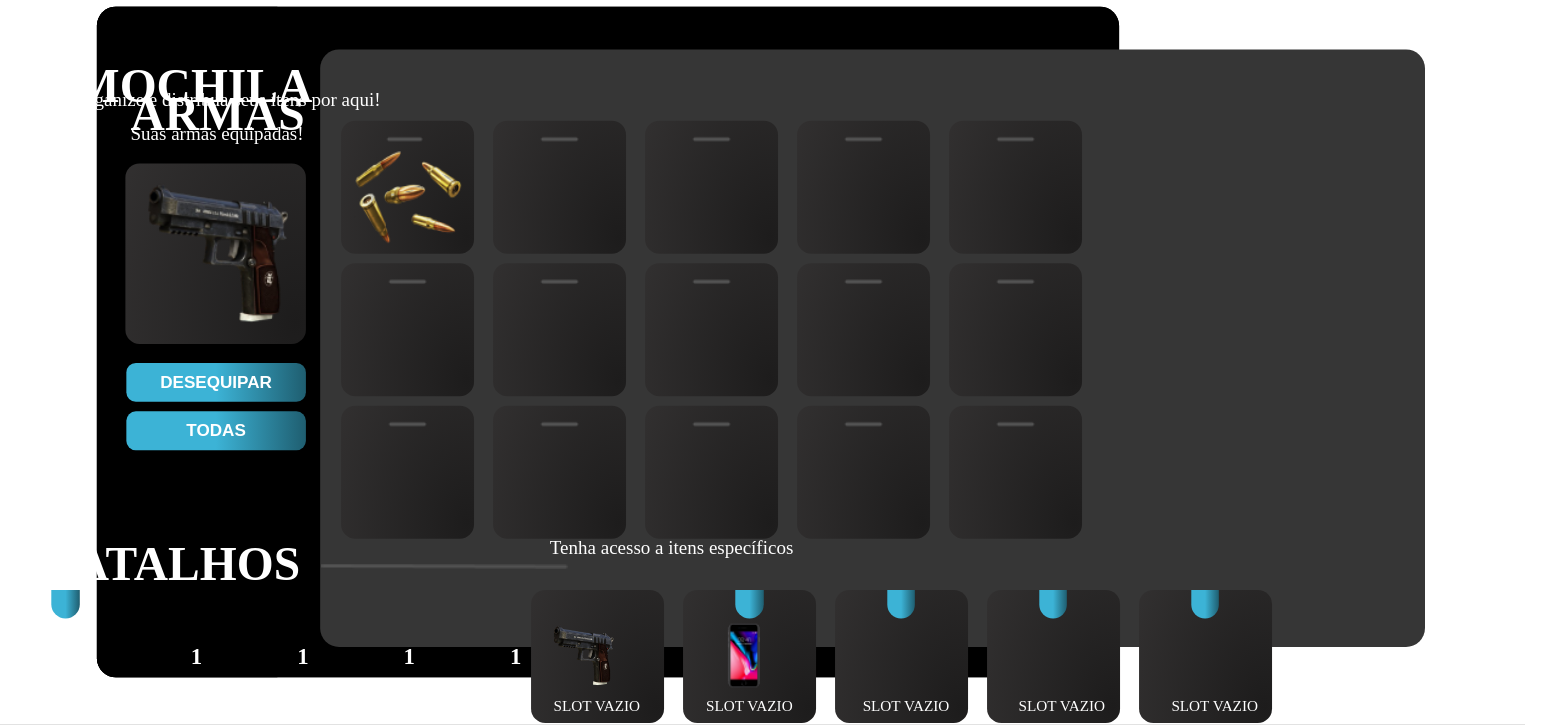
Repository: DuMCorrea/Mochila
Page: index.html
An editor plug-in stored every save of this project. The page is shown before and after the next save, followed by the edit.
The browser window is 1280 px wide. The page is 1642 px wide, then 1280 px, so the pictures cover 1642 px, including what lies to the right of the window. The pictures show the whole page, at 95% of full size.
Some web fonts or font styles are not loaded; a fallback is used.

Above is the page before, as saved 2024-09-03 11:33:04.

### index.html
<!DOCTYPE html>
<html lang="pt-BR">
<head>
    <meta charset="UTF-8">
    <meta name="viewport" content="width=device-width, initial-scale=1.0">
    <link href="https://fonts.googleapis.com/css2?family=Baloo+Bhai+2&display=swap" rel="stylesheet">
    <title>Modelo de Tela</title>
    <link rel="stylesheet" href="styles.css">
</head>
<body>
    <div class="container">
        <div class="background-rectangle">
            <div class="left-div">
                <div class="content-left">
                    <h1>ARMAS</h1>
                    <p>Suas armas equipadas!</p>
                    <div class="image-container">
                        <img src="assets/ARMA.png" alt="Imagem" />
                    </div>
                    <button class="desequipar-btn">DESEQUIPAR</button>
                    <button class="todas">TODAS</button>
                </div>
            </div>
            <div class="right-div">
                <div class="content-right">
                    <h1>MOCHILA</h1>
                    <p>Organize e distribua seus itens por aqui!</p>
                    <div class="squares-container">
                        <div class="square">
                            <img src="assets/traco.png" alt="Imagem" class="square-image-unic">
                            <img src="assets/balas.png" alt="Imagem" class="shots-image">
                        </div>
                        <div class="square">
                            <img src="assets/traco.png" alt="Imagem" class="square-image">
                        </div>
                        <div class="square">
                            <img src="assets/traco.png" alt="Imagem" class="square-image">
                        </div>
                        <div class="square">
                            <img src="assets/traco.png" alt="Imagem" class="square-image">
                        </div>
                        <div class="square">
                            <img src="assets/traco.png" alt="Imagem" class="square-image">
                        </div>
                    </div>
                    <!-- Segunda linha de quadrados -->
                    <div class="squares-containerr">
                        <div class="square">
                            <img src="assets/traco.png" alt="Imagem" class="square-image">
                        </div>
                        <div class="square">
                            <img src="assets/traco.png" alt="Imagem" class="square-image">
                        </div>
                        <div class="square">
                            <img src="assets/traco.png" alt="Imagem" class="square-image">
                        </div>
                        <div class="square">
                            <img src="assets/traco.png" alt="Imagem" class="square-image">
                        </div>
                        <div class="square">
                            <img src="assets/traco.png" alt="Imagem" class="square-image">
                        </div>
                    </div>

                    <!-- Terceira linha de quadrados -->
                    <div class="squares-containerrr">
                        <div class="square">
                            <img src="assets/traco.png" alt="Imagem" class="square-image">
                        </div>
                        <div class="square">
                            <img src="assets/traco.png" alt="Imagem" class="square-image">
                        </div>
                        <div class="square">
                            <img src="assets/traco.png" alt="Imagem" class="square-image">
                        </div>
                        <div class="square">
                            <img src="assets/traco.png" alt="Imagem" class="square-image">
                        </div>
                        <div class="square">
                            <img src="assets/traco.png" alt="Imagem" class="square-image">
                        </div>
                        </div>
                        <div class="atalhos-title-container">
                            <h1 class="atalhos-title">
                                ATALHOS
                                <img src="assets/linhaGrande.png" alt="Descrição da Imagem" class="atalhos-image">
                                <p class="atalhos-paragraph">Tenha acesso a itens específicos</p>
                            </h1>
                        </div>
                        <div class="shortcuts-container">
                            <!-- Linha de números -->
                            <div class="numbers-line">
                                <span class="number">1</span>
                                <span class="number">1</span>
                                <span class="number">1</span>
                                <span class="number">1</span>
                                <span class="number">1</span>
                            </div>
                            <div class="square">
                                <div class="blue-squaree"></div>
                                <img src="assets/ARMA.png" class="arma-image">
                                <p style="font-size: 16px; position: relative; top: 60px; right: 35px; white-space: nowrap;" >SLOT VAZIO</p>
                            </div>
                            <div class="square">
                                <div class="blue-squareee"></div>
                                <img src="assets/celular.png" class="cell-image">
                                <p  style="font-size: 16px; position: relative; top: 60px; right: 40px; white-space: nowrap;" >SLOT VAZIO</p>
                            </div>
                            <div class="square">
                                <div class="blue-square"></div>
                                <p style="font-size: 16px; position: relative; top: 60px; left: 0px; white-space: nowrap;" >SLOT VAZIO</p>
                            </div>
                            <div class="square">
                                <div class="blue-square"></div>
                                <p style="font-size: 16px; position: relative; top: 60px; left: 4px; white-space: nowrap;" >SLOT VAZIO</p>
                            </div>
                            <div class="square">
                                <div class="blue-square"></div>
                                <p style="font-size: 16px; position: relative; top: 60px; left: 5px; white-space: nowrap;" >SLOT VAZIO</p>
                            </div>
                        </div>


                        </div>
                        </div>
                        </div>
                        </div>
                        </body>

                        </html>

### styles.css
body, html {
    margin: 0;
    padding: 0;
    width: 100%;
    height: 100%;
    display: flex;
    justify-content: center;
    align-items: center;
    background-color: white; /* Fundo preto para o body */
    font-family: 'Baloo Bhai 2', cursive; /* Aplicando a fonte Baloo Bhai */
}

.container {
    width: 84%; /* Largura da div principal */
    height: 98%; /* Altura da div principal */
    display: flex;
    justify-content: center;
    align-items: center;
    background-color: #000000; /* Fundo preto para a div principal */
    border-radius: 20px; /* Canto arredondado */
    font-family: 'Baloo Bhai 2', cursive; /* Aplicando a fonte Baloo Bhai */
}

.background-rectangle {
    width: 100%;
    height: 100%;
    background: #000000; /* Fundo preto para o retângulo principal */
    border-radius: 20px; /* Cantos arredondados */
    display: flex;
}

.left-div {
    width: 22%; /* 25% da largura da tela */
    height: 100%;
    background-color: #000000; /* Fundo preto para a div esquerda */
    display: flex;
    justify-content: center;
    align-items: center;
    border-radius: 20px 0 0 20px; /* Canto arredondado à esquerda */
    font-family: 'Baloo Bhai 2', cursive; /* Aplicando a fonte Baloo Bhai */
}

.right-div {
    width: calc(110% - 20px); /* 73% da largura da tela menos a margem */
    height: calc(92% - 20px); /* 95% da altura menos a margem */
    background-color: #363636; /* Fundo cinza para a div direita */
    display: flex;
    justify-content: center;
    align-items: center;
    margin: 45px; /* Margem em torno da div da direita */
    border-radius: 20px; /* Cantos arredondados */
    font-family: 'Baloo Bhai 2', cursive; /* Aplicando a fonte Baloo Bhai */
}


/* DIV DA ESQUERDA */

.content-left {
    text-align: justify; /* Justifica o texto */
    display: flex;
    flex-direction: column;
    justify-content: flex-start; /* Alinha os elementos ao topo da div */
    align-items: center; /* Centraliza horizontalmente */
    height: 100%; /* Ocupa toda a altura da div esquerda */
    padding-top: 100px; /* Adiciona um espaçamento do topo */
}

.left-div h1 {
    color: white; /* Cor branca para o título */
    font-size: 50px; /* Tamanho da fonte do título */
    margin-bottom: -20px; /* Espaçamento negativo para aproximar o parágrafo */
    font-weight: 900;
    width: 100%; /* Para garantir que a justificação funcione */
    text-align: justify; /* Justifica o texto do título */
    position: relative;
    left: 35px;
}

.left-div p {
    color: white; /* Cor branca para a frase */
    font-size: 20px; /* Tamanho da fonte da frase */
    margin-top: 0; /* Remove a margem superior do parágrafo */
    width: 100%; /* Para garantir que a justificação funcione */
    text-align: justify; /* Justifica o texto da frase */
    font-weight: 100;
    position: relative;
    left: 35px;
}

.image-container {
    width: 190px; /* Largura do quadrado */
    height: 190px; /* Altura do quadrado */
    background: radial-gradient(547.21% 823.76% at 94.51% 88.04%, #1D1C1C 0%, #837E7E 100%); /* Fundo com gradiente */
    border-radius: 15px; /* Borda arredondada */
    display: flex;
    justify-content: center;
    align-items: center;
    margin-top: 0px; /* Espaçamento acima da imagem */
    position: relative;
    left: 30px;
}

.image-container img {
    width: 85%; /* Ajusta o tamanho da imagem para caber no container */
    height: 85%; /* Ajusta o tamanho da imagem para caber no container */
    border-radius: 15px; /* Borda arredondada da imagem para combinar com o container */
}

.desequipar-btn {
    margin-top: 20px; /* Espaçamento acima do botão */
    padding: 10px 20px; /* Espaçamento interno do botão */
    background: linear-gradient(90deg, #3CB3D6 49.9%, #1F5E70 100%); /* Fundo com gradiente */
    color: white; /* Cor do texto */
    font-size: 18px; /* Tamanho da fonte */
    font-weight: bold; /* Negrito no texto */
    border: none; /* Remove a borda padrão do botão */
    border-radius: 10px; /* Bordas arredondadas */
    cursor: pointer; /* Cursor de ponteiro ao passar o mouse */
    text-align: center; /* Centraliza o texto no botão */
    width: 189px; /* Largura do botão */
    position: relative;
    left: 30px;
}

.todas {
    margin-top: 10px; /* Espaçamento acima do botão */
    padding: 10px 20px; /* Espaçamento interno do botão */
    background: linear-gradient(90deg, #3CB3D6 49.9%, #1F5E70 100%); /* Fundo com gradiente */
    color: white; /* Cor do texto */
    font-size: 18px; /* Tamanho da fonte */
    font-weight: bold; /* Negrito no texto */
    border: none; /* Remove a borda padrão do botão */
    border-radius: 10px; /* Bordas arredondadas */
    cursor: pointer; /* Cursor de ponteiro ao passar o mouse */
    text-align: center; /* Centraliza o texto no botão */
    width: 189px; /* Largura do botão */
    position: relative;
    left: 30px;
}


/* DIV DA DIREITA */


.content-right {
    display: flex;
    flex-direction: column;
    justify-content: flex-start; /* Alinha os elementos ao topo da div */
    align-items: flex-start; /* Alinha os elementos à esquerda */
    height: 100%; /* Ocupa toda a altura da div direita */
    padding: 20px; /* Adiciona um espaçamento interno */
}

.right-div h1 {
    color: white; /* Cor branca para o título */
    font-size: 50px; /* Tamanho da fonte do título */
    margin-bottom: -20px; /* Espaçamento negativo para aproximar o parágrafo */
    font-weight: 900;
    width: 100%; /* Para garantir que a justificação funcione */
    text-align: left; /* Alinha o texto à esquerda */
    position: relative; /* Posicionamento relativo para o elemento abaixo */
    right: 160px;
    bottom: 25px;
}

.right-div p {
    color: white; /* Cor branca para a frase */
    font-size: 20px; /* Tamanho da fonte da frase */
    margin-top: 0; /* Remove a margem superior do parágrafo */
    width: 100%; /* Para garantir que a justificação funcione */
    text-align: left; /* Alinha o texto à esquerda */
    font-weight: 100;
    position: relative; /* Posicionamento relativo para o elemento abaixo */
    right: 160px;
    bottom: 30px;
}

.squares-container {
    display: flex; /* Exibe os quadrados em linha */
    justify-content: center; /* Centraliza os quadrados horizontalmente */
    align-items: center; /* Centraliza os quadrados verticalmente */
    width: 100%; /* Largura total para o contêiner */
    height: 50%; /* Altura do contêiner */
    position: relative;
    right: 170px;
    bottom: 40px;
}

.squares-containerr {
    display: flex; /* Exibe os quadrados em linha */
    justify-content: center; /* Centraliza os quadrados horizontalmente */
    align-items: center; /* Centraliza os quadrados verticalmente */
    width: 100%; /* Largura total para o contêiner */
    height: 50%; /* Altura do contêiner */
    position: relative;
    right: 170px;
    bottom: 30px;

}
.squares-containerrr {
    display: flex; /* Exibe os quadrados em linha */
    justify-content: center; /* Centraliza os quadrados horizontalmente */
    align-items: center; /* Centraliza os quadrados verticalmente */
    width: 100%; /* Largura total para o contêiner */
    height: 50%; /* Altura do contêiner */
    position: relative;
    right: 170px;
    bottom: 20px;
}

.square {
    width: 140px; /* Largura dos quadrados */
    height: 140px; /* Altura dos quadrados */
    background: radial-gradient(547.21% 823.76% at 94.51% 88.04%, #1D1C1C 0%, #837E7E 100%); /* Gradiente de fundo */
    border-radius: 15px; /* Bordas arredondadas */
    margin: 0 10px 0px 10px; /* Espaçamento entre os quadrados e entre as linhas */
    display: flex;
    justify-content: center; /* Centraliza horizontalmente o conteúdo */
    align-items: center; /* Centraliza verticalmente o conteúdo */
}

.square-image {
    width: 40px; /* Tamanho da imagem dentro dos quadrados */
    height: 5px;
    position: relative;
    bottom: 50px;
}

.square-image-unic {
    width: 40px; /* Tamanho da imagem dentro dos quadrados */
    height: 5px;
    position: relative;
    bottom: 50px;
    left: 60px;
}

.shots-image {
    width: 90%; /* Tamanho da imagem dentro dos quadrados */
    height: 70%;
    position: relative;
    top: 10px;
    right: 20px;
}


.shortcuts-container {
    display: flex;
    justify-content: center;
    align-items: center;
    width: 100%;
    position: relative;
    right: 250px;
    bottom: 80px;
}

.atalhos-title-container {
    display: flex;
    align-items: center;
    justify-content: flex-start;
    position: relative;
    right: 0px;
    bottom: 30px;
}

.atalhos-image {
    width: 260px; /* Ajuste o tamanho da imagem conforme necessário */
    height: 5px;
    position: relative;
    bottom: 12px;
    left: 10px;
}

.atalhos-paragraph {
    color: white;
    font-size: 20px; /* Ajuste o tamanho do texto conforme necessário */
    position: relative;
    top: -58px;
    left: 500px;
}

.arma-image {
    width: 70px; /* Ajuste o tamanho da imagem conforme necessário */
    height: 70px;
    position: relative;
    bottom: 1px;
    left: 30px;
}

.cell-image {
    width: 80px; /* Ajuste o tamanho da imagem conforme necessário */
    height: 80px;
    position: relative;
    bottom: 1px;
    left: 40px;
}


.blue-square {
    width: 37px; /* Largura do quadrado pequeno */
    height: 30px; /* Altura do quadrado pequeno */
    background: linear-gradient(90deg, #3CB3D6 49.9%, #1F5E70 100%); /* Cor de fundo conforme especificado */
    border-radius: 0px 0px 15px 15px; /* Bordas levemente arredondadas, se desejar */
    position: relative;
    bottom: 55px;
    left: 55px;
}

.blue-squaree {
    width: 30px; /* Largura do quadrado pequeno */
    height: 30px; /* Altura do quadrado pequeno */
    background: linear-gradient(90deg, #3CB3D6 49.9%, #1F5E70 100%); /* Cor de fundo conforme especificado */
    border-radius: 0px 0px 15px 15px; /* Bordas levemente arredondadas, se desejar */
    position: absolute;
    bottom: 110px;
    left: 65px;
}

.blue-squareee {
    width: 30px; /* Largura do quadrado pequeno */
    height: 30px; /* Altura do quadrado pequeno */
    background: linear-gradient(90deg, #3CB3D6 49.9%, #1F5E70 100%); /* Cor de fundo conforme especificado */
    border-radius: 0px 0px 15px 15px; /* Bordas levemente arredondadas, se desejar */
    position: absolute;
    bottom: 110px;
}

.numbers-line {
    display: flex; /* Alinha os números horizontalmente */
    justify-content: center; /* Centraliza os números horizontalmente */
    position: relative;
    left: 50px;
}

.number {
    font-size: 24px; /* Tamanho do número */
    color: white; /* Cor do número */
    font-weight: bold; /* Peso da fonte do número */
    margin: 0 50px; /* Espaçamento entre os números */
    z-index: 2;
}

After the next save:
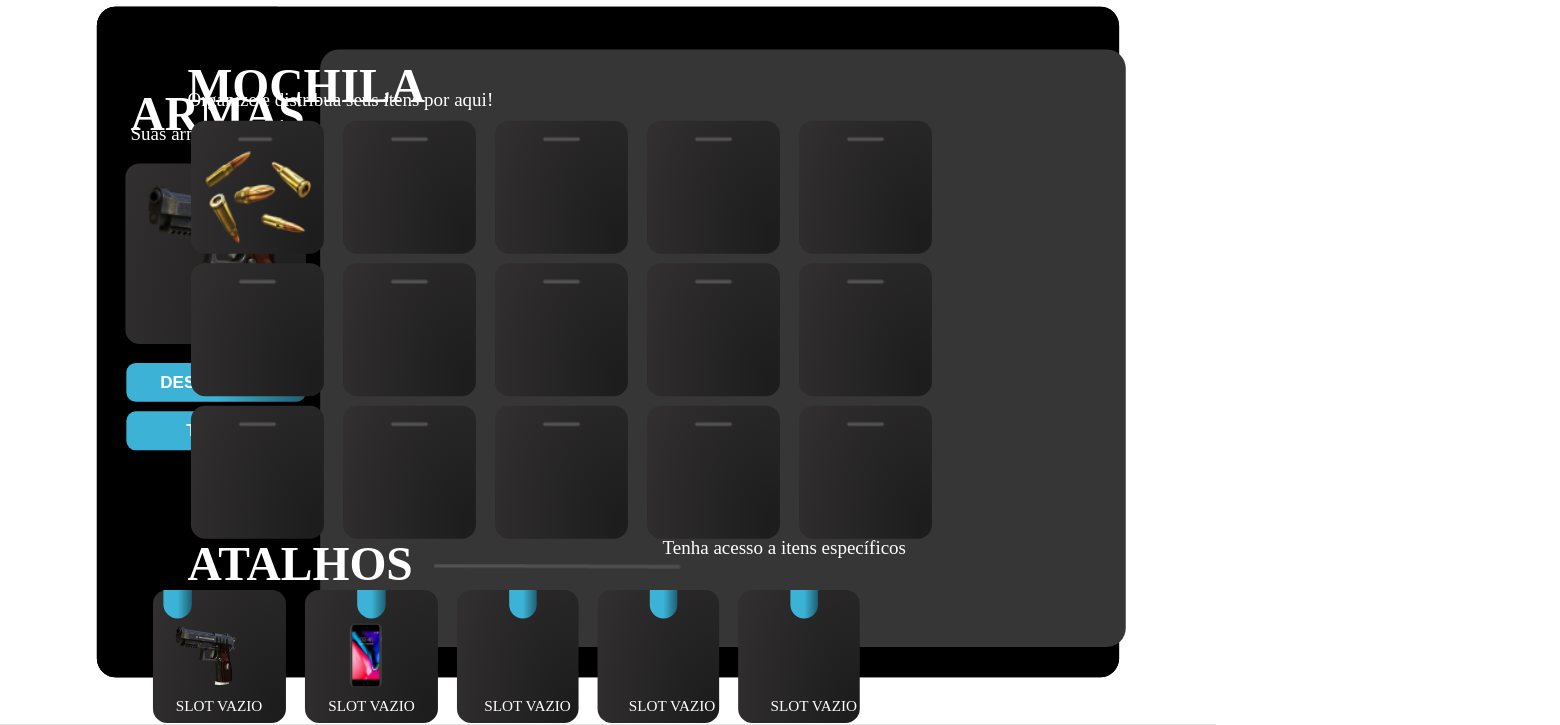
Saved 23 s later.
--- a/styles.css
+++ b/styles.css
@@ -323,18 +323,3 @@ body, html {
     position: absolute;
     bottom: 110px;
 }
-
-.numbers-line {
-    display: flex; /* Alinha os números horizontalmente */
-    justify-content: center; /* Centraliza os números horizontalmente */
-    position: relative;
-    left: 50px;
-}
-
-.number {
-    font-size: 24px; /* Tamanho do número */
-    color: white; /* Cor do número */
-    font-weight: bold; /* Peso da fonte do número */
-    margin: 0 50px; /* Espaçamento entre os números */
-    z-index: 2;
-}
